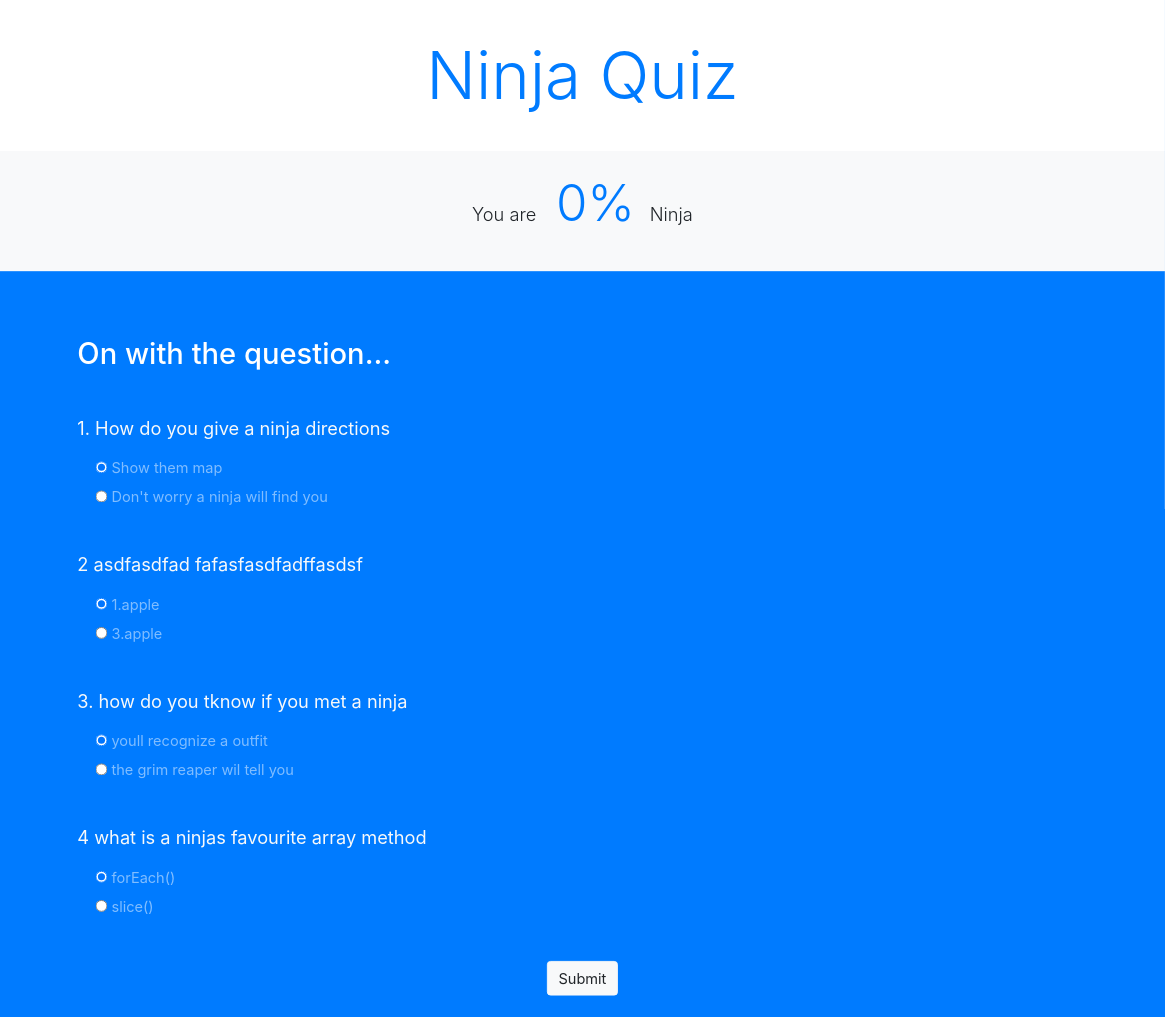
Repository: ajgors/config
Page: Nauka Js/Projekty/Quiz/index.html
These files come from the project's save history. The page is drawn as it stood at one moment and after the next save; the edit follows.
The browser window is 1280 px wide. The pictures show the whole page, at 91% of full size.
After loading, the first visible `form.quiz-form` was submitted once.

Above is the page before, as saved 2019-08-11 17:48:00.

### Nauka Js/Projekty/Quiz/index.html
<!DOCTYPE html>
<html lang="en">

<head>
    <meta charset="UTF-8">
    <meta name="viewport" content="width=device-width, initial-scale=1.0">
    <meta http-equiv="X-UA-Compatible" content="ie=edge">
    <title>Document</title>
    <link rel="stylesheet" href="https://stackpath.bootstrapcdn.com/bootstrap/4.3.1/css/bootstrap.min.css"
        integrity="sha384-ggOyR0iXCbMQv3Xipma34MD+dH/1fQ784/j6cY/iJTQUOhcWr7x9JvoRxT2MZw1T" crossorigin="anonymous">
</head>

<body>
    <!-- Header -->
    <div class="intro py-3 bg-white text-center">
        <div class="container">
            <h2 class="text-primary display-3 my-4">Ninja Quiz</h2>
        </div>
    </div>

    <!-- Result -->
    <div class="result py-4 d-none bg-light text-center">
        <div class="container lead">
            <p>You are <span class="text-primary display-4 p-3">0%</span>Ninja</p>
        </div>
    </div>

    <!-- Form -->
    <div class="quiz py-4 bg-primary">
        <div class="container">
            <h2 class="my-5 text-white">On with the question...</h2>
            <form action="" class="quiz-form text-light">
                <div class="my-5">
                    <p class="lead font-weight-normal">1. How do you give a ninja directions</p>
                    <div class="form-check my-2 text-white-50">
                        <input type="radio" name='q1' value='A' checked>
                        <label for="" class="form-check-label">Show them map</label>
                    </div>
                    <div class="form-check my-2 text-white-50">
                        <input type="radio" name='q1' value='B'>
                        <label for="" class="form-check-label">Don't worry a ninja will find you</label>
                    </div>
                </div>
                <div class="my-5">
                    <p class="lead font-weight-normal">2 asdfasdfad fafasfasdfadffasdsf</p>
                    <div class="form-check my-2 text-white-50">
                        <input type="radio" name='q2' value='A' checked>
                        <label for="" class="form-check-label">1.apple</label>
                    </div>
                    <div class="form-check my-2 text-white-50">
                        <input type="radio" name='q2' value='B'>
                        <label for="" class="form-check-label">3.apple</label>
                    </div>
                </div>
                <div class="my-5">
                    <p class="lead font-weight-normal">3. how do you tknow if you met a ninja</p>
                    <div class="form-check my-2 text-white-50">
                        <input type="radio" name='q3' value='A' checked>
                        <label for="" class="form-check-label">youll recognize a outfit</label>
                    </div>
                    <div class="form-check my-2 text-white-50">
                        <input type="radio" name='q3' value='B'>
                        <label for="" class="form-check-label">the grim reaper wil tell you</label>
                    </div>
                </div>
                <div class="my-5">
                    <p class="lead font-weight-normal">4 what is a ninjas favourite array method</p>
                    <div class="form-check my-2 text-white-50">
                        <input type="radio" name='q4' value='A' checked>
                        <label for="" class="form-check-label">forEach()</label>
                    </div>
                    <div class="form-check my-2 text-white-50">
                        <input type="radio" name='q4' value='B'>
                        <label for="" class="form-check-label">slice()</label>
                    </div>
                </div>
                <div class="text-center">
                    <input type="submit" class='btn btn-light'>
                </div>
            </form>
        </div>
    </div>

    <script src="js.js"></script>
</body>

</html>

### Nauka Js/Projekty/Quiz/js.js
// const correctAnswers = ['B', 'B', 'B', 'B'];
// const span = document.querySelector('span');
// const result = document.querySelector('.result')
// const form = document.querySelector('.quiz-form');

// form.addEventListener('submit', e =>{
//     e.preventDefault();
//     let score  = 0;
//     const userAnswers = [form.q1.value, form.q2.value, form.q3.value, form.q4.value];

//     //check answers
//     userAnswers.forEach((answer, index) =>{
//         if(answer === correctAnswers[index]){
//             score += 25;
//         }
//     });
//     scrollTo(0,0)
//     result.classList.remove('d-none')

//     let output =  0 ;
//     const timer = setInterval(()=> {
//         span.textContent = `${output}%`;
//         if(output === score){
//             clearInterval(timer);
//         }else{
//             output++;
//         }
//     },10)
// });







const form = document.querySelector('.quiz-form');
const result = document.querySelector('.result');
const correctAnswers = ['B','B','B','B'];
const spanResult = document.querySelector('span');

form.addEventListener('submit', e=>{
    e.preventDefault();

    let score = 0;
    const userAnswers = [form.q1.value, form.q2.value, form.q3.value, form.q4.value];

    userAnswers.forEach((answer, index) =>{
        if(answer === correctAnswers[index]){
            score += 25;
        }
    });
    spanResult.textContent = `${score}%`


    //check answer

scrollTo(0,0)
    result.classList.remove('d-none');
})

After the next save:
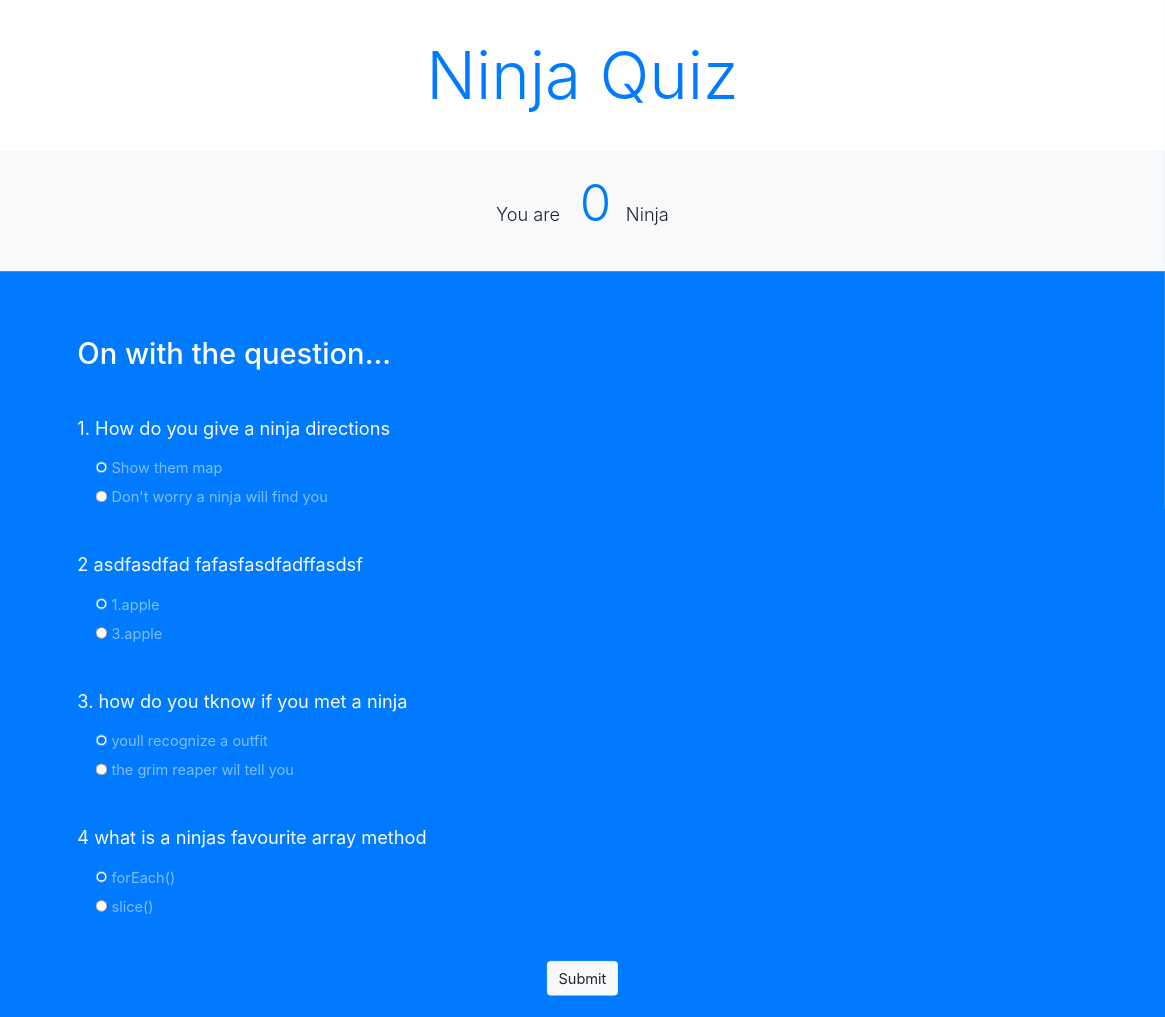
Saved 2 min 28 s later.
--- a/Nauka Js/Projekty/Quiz/js.js
+++ b/Nauka Js/Projekty/Quiz/js.js
@@ -42,6 +42,7 @@
 form.addEventListener('submit', e=>{
     e.preventDefault();
 
+    //check answer
     let score = 0;
     const userAnswers = [form.q1.value, form.q2.value, form.q3.value, form.q4.value];
 
@@ -50,11 +51,19 @@
             score += 25;
         }
     });
-    spanResult.textContent = `${score}%`
+
+    // spanResult.textContent = `${score}%`
+    let output = 0;
+    const timer = setInterval(() =>{
+        spanResult.textContent = `${output}`;
+        if(output === score){
+            clearInterval(timer)
+        } else{
+            output++;
+        }
+    })
 
 
-    //check answer
-
-scrollTo(0,0)
+    scrollTo(0,0)
     result.classList.remove('d-none');
 })

After the save that followed:
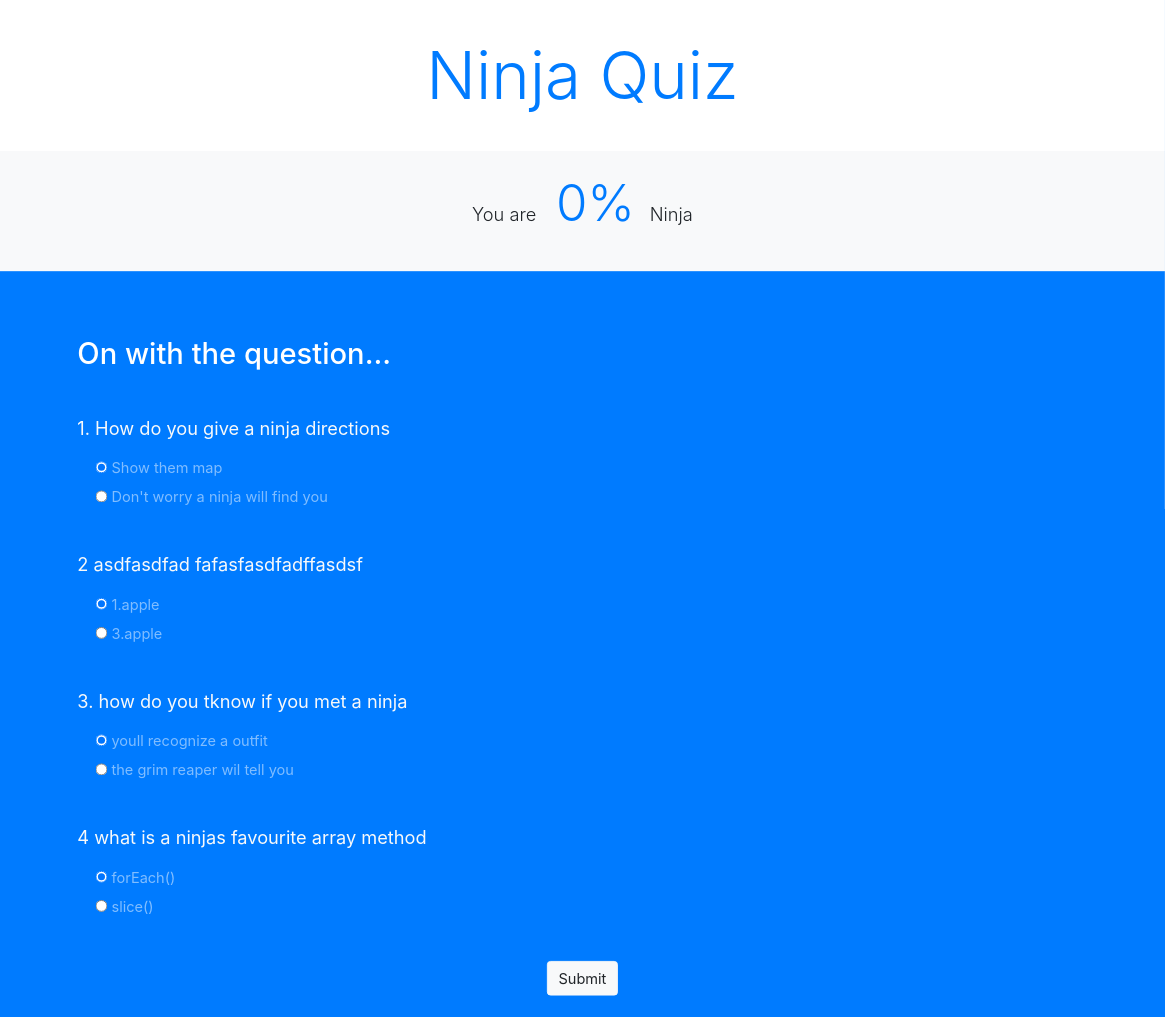
Saved 8 s later.
--- a/Nauka Js/Projekty/Quiz/js.js
+++ b/Nauka Js/Projekty/Quiz/js.js
@@ -55,7 +55,7 @@
     // spanResult.textContent = `${score}%`
     let output = 0;
     const timer = setInterval(() =>{
-        spanResult.textContent = `${output}`;
+        spanResult.textContent = `${output}%`;
         if(output === score){
             clearInterval(timer)
         } else{
